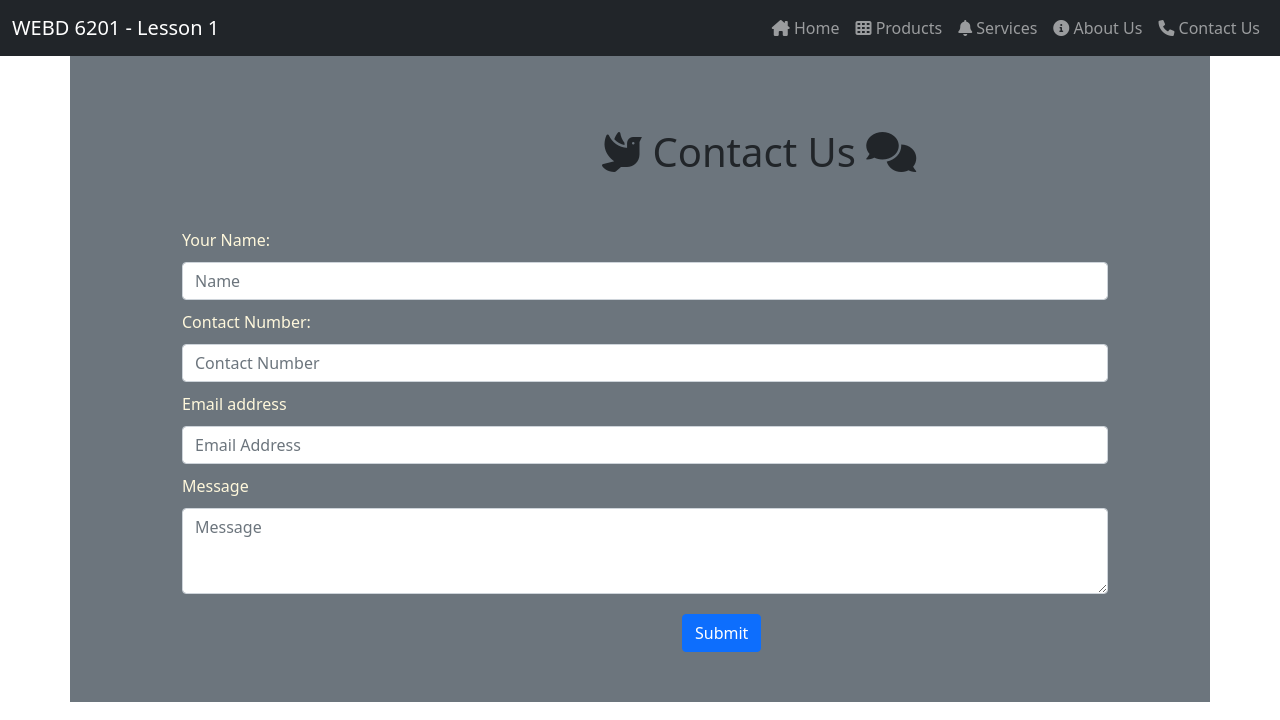
Repository: devanshudave1901/DevanshuDave_AngaranYogeswaranLab2
Page: contact.html
These files come from the project's save history. The page is drawn as it stood at one moment and after the next save; the edit follows.
The browser window is 1280 px wide. The pictures show the whole page.

Above is the page before, as saved 2022-02-10 12:43:32.

### contact.html
<!DOCTYPE html>
<html lang="en">
  <head>
    <meta charset="UTF-8" />
    <meta http-equiv="X-UA-Compatible" content="IE=edge" />
    <meta name="viewport" content="width=device-width, initial-scale=1.0" />
    <title>Contact Us</title>
    <link
      rel="stylesheet"
      href="./node_modules/bootstrap/dist/css/bootstrap.min.css"
    />
    <link
      rel="stylesheet"
      href="./node_modules/@fortawesome/fontawesome-free/css/all.min.css"
    />
    <link rel="stylesheet" href="./Content/app.css" />
  </head>
  <body>
    <nav class="navbar navbar-expand-lg navbar-dark bg-dark">
      <div class="container-fluid">
        <a class="navbar-brand" href="#">WEBD 6201 - Lesson 1</a>
        <button
          class="navbar-toggler"
          type="button"
          data-bs-toggle="collapse"
          data-bs-target="#navbarSupportedContent"
          aria-controls="navbarSupportedContent"
          aria-expanded="false"
          aria-label="Toggle navigation"
        >
          <span class="navbar-toggler-icon"></span>
        </button>
        <div class="collapse navbar-collapse" id="navbarSupportedContent">
          <ul class="navbar-nav ms-auto">
            <li class="nav-item active">
              <a class="nav-link" aria-current="page" href="./index.html"
                ><i class="fa-solid fa-house-chimney"></i> Home</a
              >
            </li>

            <li class="nav-item">
              <a class="nav-link" href="./products.html"
                ><i class="fa-solid fa-th"></i> Products</a
              >
            </li>
            <li class="nav-item">
              <a class="nav-link" href="./services.html"
                ><i class="fa-solid fa-bell"></i> Services</a
              >
            </li>
            <li class="nav-item">
              <a class="nav-link" href="./about.html">
                <i class="fa-solid fa-circle-info"></i> About Us</a
              >
            </li>
            <li class="nav-item">
              <a class="nav-link" href="./contact.html">
                <i class="fa-solid fa-phone"></i> Contact Us</a
              >
            </li>
          </ul>
        </div>
      </div>
    </nav>
    <div class="jumbotron bg-secondary container" id="contentArea">
      <br />
      <br />
      <br />
      <h1 id="contactId">
        <i class="fa-solid fa-dove"></i> Contact Us
        <i class="fa-solid fa-comments"></i>
      </h1>
      <br />

      <form id="Contactform">
        <div class="form-group">
          <label for="InputName">Your Name: </label>
          <input
            type="text"
            class="form-control"
            id="InputName"
            placeholder="Name"
          />
        </div>
        <div class="form-group">
          <label for="InputNumber">Contact Number: </label>
          <input
            type="number"
            class="form-control"
            id="InputNumber"
            placeholder="Contact Number"
          />
        </div>
        <div class="form-group">
          <label for="InputEmail1"> Email address</label>
          <input
            type="email"
            class="form-control"
            id="exampleInputEmail1"
            placeholder="Email Address"
          />
        </div>

        <div class="form-group">
          <label for="InputMessage">Message</label>
          <textarea
            class="form-control"
            id="InputMessage"
            placeholder="Message"
            rows="3"
          ></textarea>
        </div>

        <button type="submit" class="btn btn-primary">Submit</button>
      </form>
    </div>
    <!-- 3RD Party Library-->
    <script src="./node_modules/jquery/dist/jquery.min.js"></script>
    <script src="./node_modules/bootstrap/dist/js/bootstrap.min.js"></script>
  </body>
</html>

### Content/app.css
#Contactform {
  padding: 10px 90px 50px 100px;
}
#Contactform label {
  color: cornsilk;
  padding-bottom: 10px;
  padding-top: 10px;
}

#Contactform button {
  margin-top: 20px;
  margin-left: 500px;
}
.formInputBox {
  padding-left: 60px;
  margin: 8px 0;
  border: dashed;
  box-sizing: border-box;
}

#contactId {
  padding-left: 520px;
}

Loaded but not shown: node_modules/bootstrap/dist/css/bootstrap.min.css (library); node_modules/@fortawesome/fontawesome-free/css/all.min.css (library); node_modules/jquery/dist/jquery.min.js (library); node_modules/bootstrap/dist/js/bootstrap.min.js (library)

After the next save:
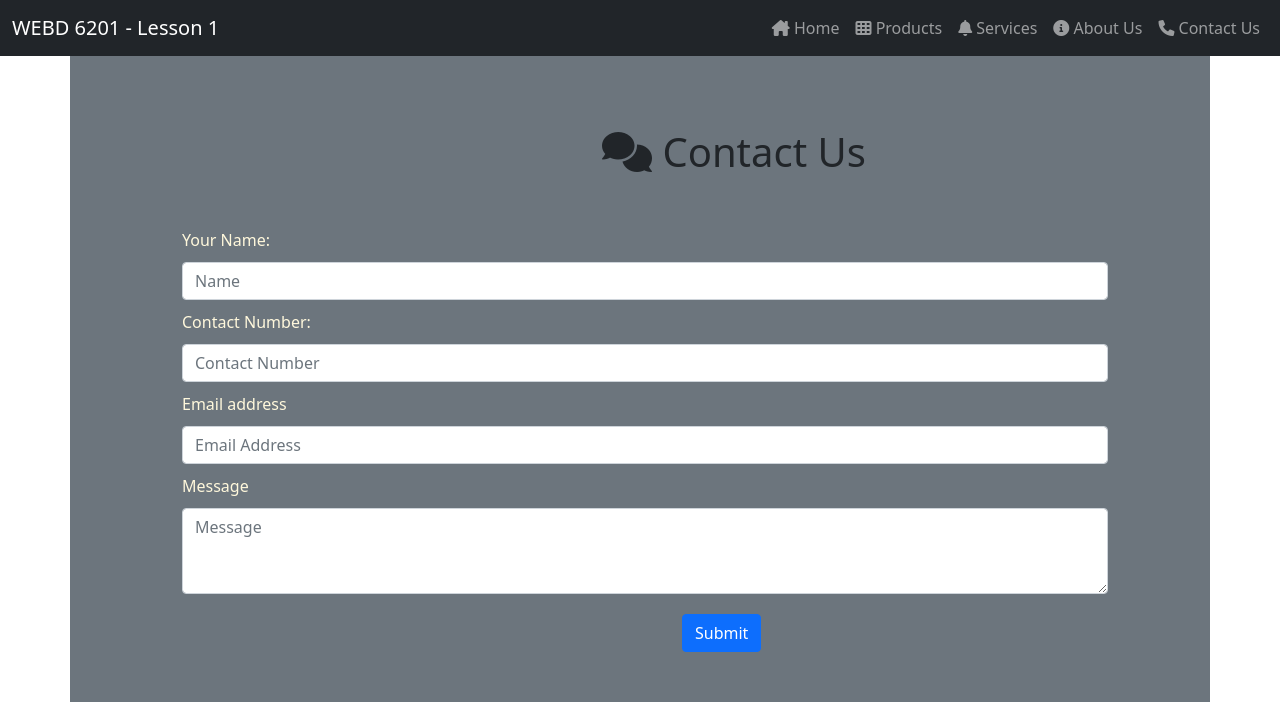
Saved 30 s later.
--- a/contact.html
+++ b/contact.html
@@ -66,10 +66,7 @@
       <br />
       <br />
       <br />
-      <h1 id="contactId">
-        <i class="fa-solid fa-dove"></i> Contact Us
-        <i class="fa-solid fa-comments"></i>
-      </h1>
+      <h1 id="contactId"><i class="fa-solid fa-comments"></i> Contact Us</h1>
       <br />
 
       <form id="Contactform">
